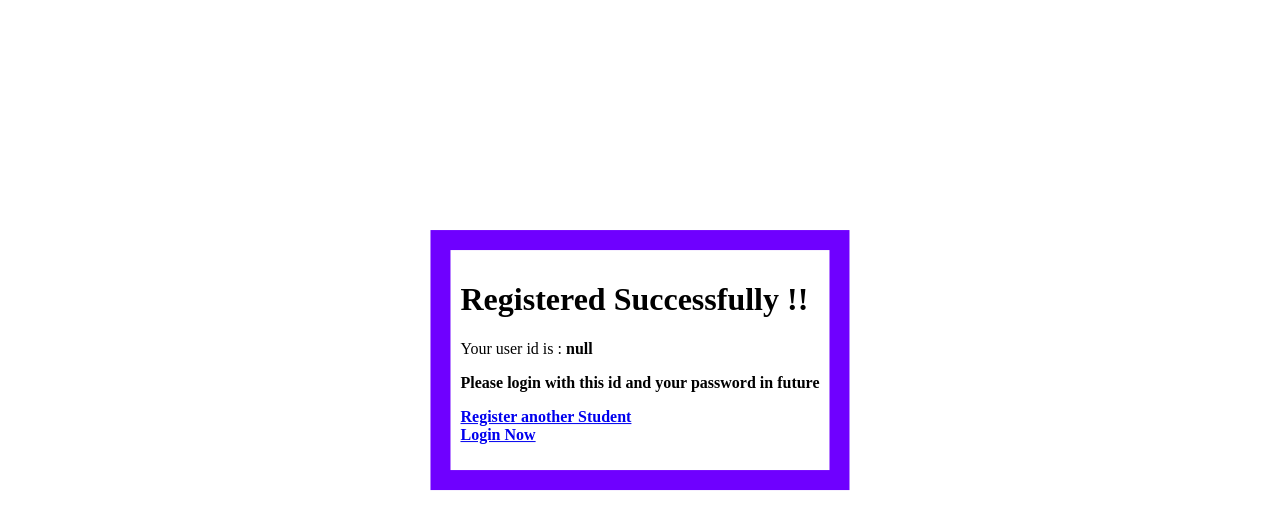
Repository: MriOj/OnlineExamPortal
Page: http://localhost/ExamPortal/sregisterconf.jsp
These files come from the project's save history. The page is drawn as it stood at one moment and after a run of saves; the edit follows.
The browser window is 1280 px wide. The pictures show the whole page.
The page is served by Tomcat 9. Other server files are loaded and not shown.

Above is the page before, as saved 2021-09-06 11:46:02.

### ExamPortal/src/main/webapp/sregisterconf.jsp
<%@ page language="java" contentType="text/html; charset=ISO-8859-1"
    pageEncoding="ISO-8859-1"%>
<!DOCTYPE html>
<html>
<head>
<meta charset="ISO-8859-1">
<title>Login success</title>
<link rel="stylesheet" href="css/sregisterconf.css">
</head>
<body>
<div class="center">
<p>
<h1>Registered Successfully !!</h1>
<p>Your user id is : <b><%{out.println(request.getAttribute("user"));} %><b> </p>
<p>Please login with this id and your password in future </p>

<a href="sregister">Register another Student</a>
<br>
<a href="slogin">Login Now </a>
</p>
</div>
</body>
</html>

### ExamPortal/src/main/webapp/css/sregisterconf.css
.center {
  position: absolute;
  left: 50%;
  top: 50%;
  transform: translate(-50%, -50%);
  border: 20px solid #6f00ff;
  padding: 10px;
  }

After the next 2 saves:
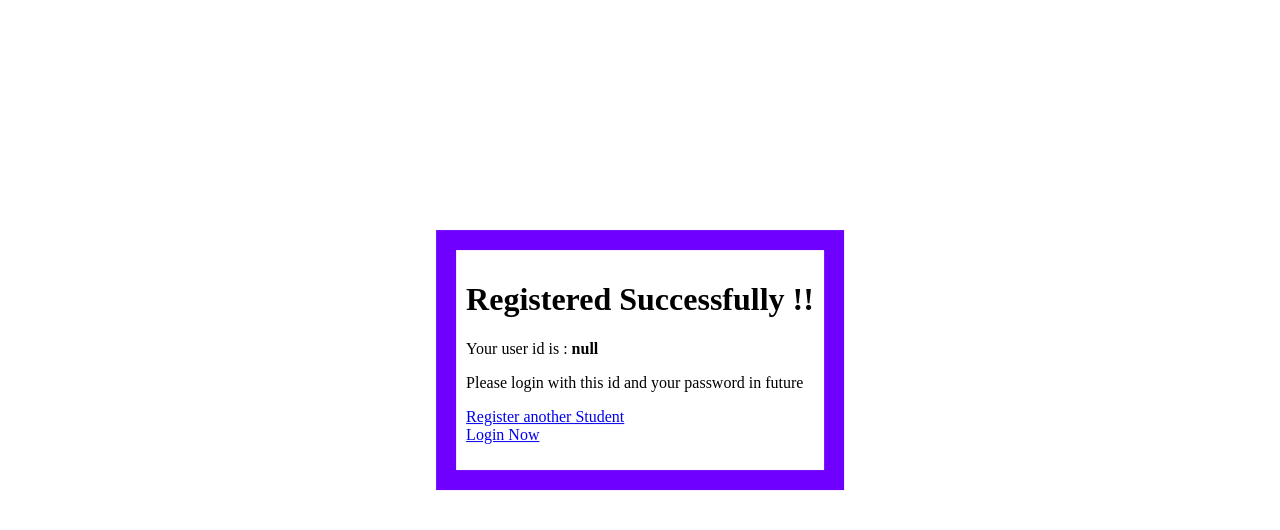
The 2 saves are shown as one change because they came seconds apart.
The last was saved 7 s later.
--- a/ExamPortal/src/main/webapp/sregisterconf.jsp
+++ b/ExamPortal/src/main/webapp/sregisterconf.jsp
@@ -11,9 +11,8 @@
 <div class="center">
 <p>
 <h1>Registered Successfully !!</h1>
-<p>Your user id is : <b><%{out.println(request.getAttribute("user"));} %><b> </p>
+<p>Your user id is : <b><%{out.println(request.getAttribute("user"));} %></b> </p>
 <p>Please login with this id and your password in future </p>
-
 <a href="sregister">Register another Student</a>
 <br>
 <a href="slogin">Login Now </a>
